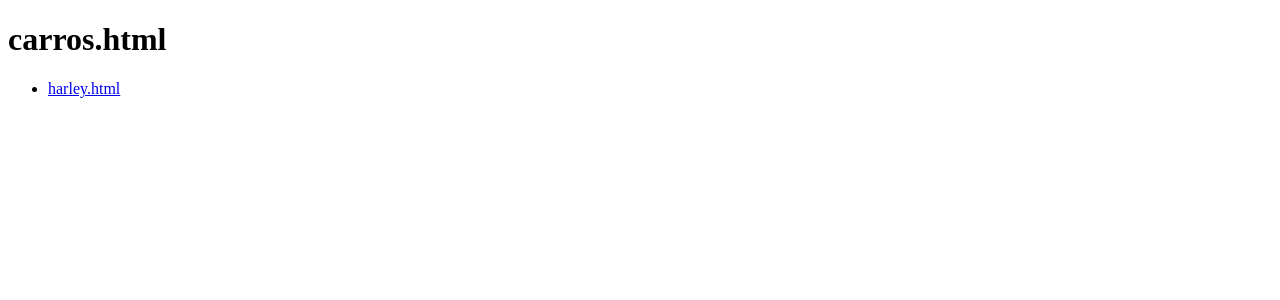
Repository: joao-laercio/DevWeb_BackEnd
Page: index.html/motos.html/motos.html
The author's editor kept a copy of each file at every save. The page is drawn from the files as they stood at one save, then again after the next save.
The browser window is 1280 px wide. The pictures show the whole page.

Above is the page before, as saved 2022-07-06 15:29:25.

After the next save:
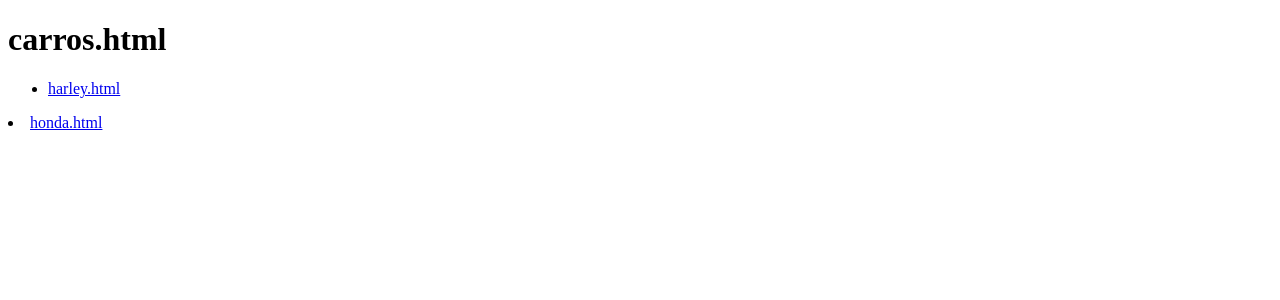
Saved 62 s later.
--- a/index.html/motos.html/motos.html
+++ b/index.html/motos.html/motos.html
@@ -19,7 +19,7 @@
              <li><a href="harley.html/harley.html">harley.html</a></li>
 
          </ul>
-
+         <li><a href="honda.html/">honda.html</a></li>
          <a href="quesomos.html"></a>
          <img src=""
      </body>
